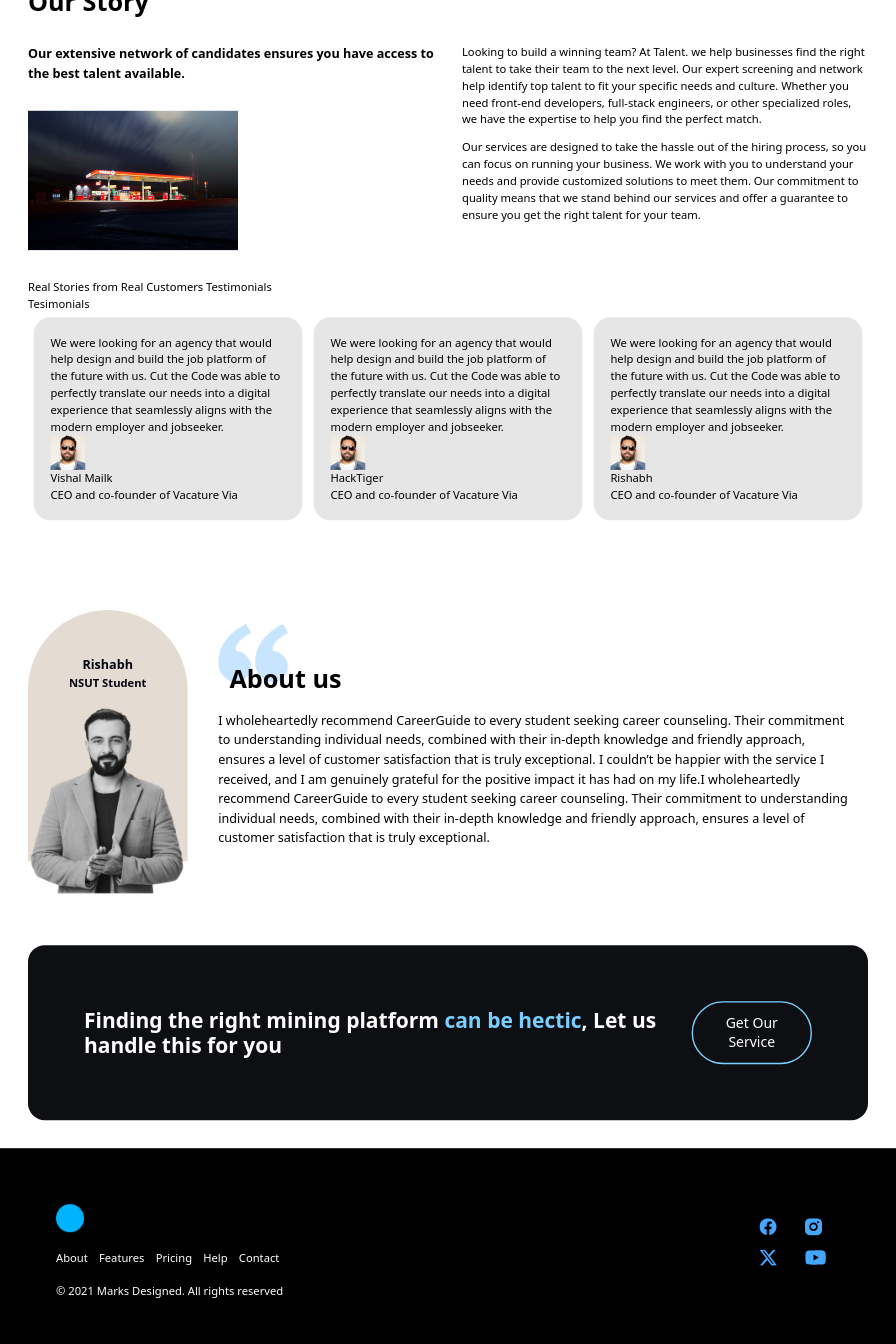
Repository: ayushtenguria/uniteksol
Page: /
The author's editor kept a copy of each file at every save. The page is drawn from the files as they stood at one save, then again after a run of saves.
The browser window is 1280 px wide. The pictures show the part of the page from y = 1026 to 2946 px (the page is 2946 px tall before and 2898 px after), at 70% of full size.
The project was rebuilt for these pictures with package versions that can differ from the ones it lists, and the page was loaded fresh each time. The framework's server and built-in components were replaced by stand-ins that run in the browser. Also part of the build but not shown: next.config.mjs.

Above is the page before, as saved 2024-02-23 20:55:59.

### pages/index.js
import Image from "next/image";
import { Inter } from "next/font/google";
import Layout from "@/components/Layout";
import Hero from "@/components/Hero";
import CompanyLogos from "@/components/companyLogos";
import Story from "@/components/Story";
import ServiceBanner from "@/components/serviceBanner";
import About from "@/components/About";
import Testimonials from "@/components/Testimonials";

const inter = Inter({ subsets: ["latin"] });

export default function Home() {
  return (
    <Layout>
      <Hero></Hero>
      <CompanyLogos></CompanyLogos>
      <Story></Story>
      <Testimonials></Testimonials>
      <About></About>
      <ServiceBanner></ServiceBanner>
    </Layout>
  );
}

### styles/globals.css
@tailwind base;
@tailwind components;
@tailwind utilities;

/* 79CFFF */

.btn-blue{
  background-color: #79CFFF;
  border-radius: 50px;
  padding: 5px 10px;
  font-weight: 500;
  margin-left: 4px;
}

.btn-black{
  background-color: #333333;
  color: #79CFFF;
  border-radius: 50px;
  padding: 15px 40px;
  font-weight: 500;
}

.btn-blueht{
  background-color: #0E0F13;
  color: #ffffff;
  border-radius: 50px;
  border: 2px solid #79CFFF;
  padding: 15px 40px;
  font-weight: 500;
}

### components/Layout.js
import Footer from "./Footer";
import Nav from "./Nav";

export default function Layout({children}){
    return(
        <div className="">
            <Nav></Nav>
                {children}
            <Footer></Footer>
        </div>
    )
}

### components/Hero.js
import Image from "next/image";
import Card from "./Card";

export default function Hero() {
  return (
    <div className="flex gap-4 m-10 grid-cols-2 justify-between text-fontBlack">
      <div className="w-1/2">
        <div className="my-10">
          <h1 className="text-4xl font-bold mb-6">
            We build your dream house with our passion
          </h1>
          <p className="text-lg font-semibold mb-6">
            Our core goal is to respond to today's{" "}
            <span className="underline">dynamic marked</span> by equipping our
            customers with the digital tools they need to remain competitive,
            build their business, and empower the consumer experience.
          </p>
          <button className="btn-black text-lg">Learn More</button>
        </div>
        <div>
          <div className="flex gap-4">
            <Card bgColor={"landingGray"}>
              <span className="text-lg font-bold pb-2">362</span>
              <br></br>Lorem ipsum dolor amet, consectetur adipiscing elit.
              Faucibus in libero.Lorem ipsum dolor amet,
            </Card>
            <Card bgColor={"landingBlue"}>
              <span className="text-lg font-bold pb-2">178K+</span>
              <br></br>
              Lorem ipsum dolor amet, consectetur adipiscing elit. Faucibus in
              libero.Lorem ipsum dolor amet,
            </Card>
          </div>
          <div>
            <Card bgColor={"landingGray"}>
              <div className="flex">
                <span className="text-lg font-bold pb-2">Title</span>
                <br></br>Lorem ipsum dolor amet, consectetur adipiscing elit.
                Faucibus in libero.Lorem ipsum dolor amet,
                <Image src="/home.png" width={200} height={200}></Image>
              </div>
            </Card>
          </div>
        </div>
      </div>
      <div className="w-1/2">
        <Image
          src="/pump2.jpg"
          width={800}
          height={800}
          alt="Petrol pump image"
        ></Image>
      </div>
    </div>
  );
}

### components/Story.js
import Image from "next/image";

export default function Story() {
  return (
    <div className="m-10 mt-20">
        <div><h2 className="text-4xl font-bold pb-10">Our Story</h2></div>
      <div className="flex gap-10">
        <div className="w-1/2">
          <h4 className="text-lg font-semibold pb-10">
            Our extensive network of candidates ensures you have access to the
            best talent available.
          </h4>
          <Image src="/pump3.jpg" width={300} height={300}></Image>
        </div>
        <div className="w-1/2">
          <p className="mb-4">
            Looking to build a winning team? At Talent. we help businesses find
            the right talent to take their team to the next level. Our expert
            screening and network help identify top talent to fit your specific
            needs and culture. Whether you need front-end developers, full-stack
            engineers, or other specialized roles, we have the expertise to help
            you find the perfect match.
          </p>
          <p>
            Our services are designed to take the hassle out of the hiring
            process, so you can focus on running your business. We work with you
            to understand your needs and provide customized solutions to meet
            them. Our commitment to quality means that we stand behind our
            services and offer a guarantee to ensure you get the right talent
            for your team.
          </p>
        </div>
      </div>
    </div>
  );
}

### components/serviceBanner.js
export default function ServiceBanner(){
    return(
        <div className="bg-landingBlack m-10 text-white p-20 rounded-3xl flex justify-between items-center font-semibold">
            <div className="text-3xl mr-10">
                Finding the right mining platform <span className="text-landingBlue">can be hectic</span>, Let us handle this for you
            </div>
            <div>
                <button className="btn-blueht text-xl">Get Our Service</button>
            </div>
        </div>
    )
}

### components/About.js
import Image from "next/image";

export default function About(){
    return(
        <div className="flex m-10 py-20 gap-6">
            <div className="bg-[#E4DCD3] rounded-t-full">
                <div className="flex justify-center relative top-16">
                    <p className="text-[#00010D] font-semibold"><span className="font-semibold flex justify-center text-lg">Rishabh</span> NSUT Student</p>
                </div>

                <Image src="/Person.png" width={1400} height={1400} className="relative top-20"></Image>
            </div>
            <div className="m-5">
                <Image src='/quote.png' width={100} height={100} className="relative z-0"></Image>
                <h2 className="text-4xl font-bold relative z-30 bottom-6 ml-4">
                    About us
                </h2>
                <p className="text-lg font-medium">
                I wholeheartedly recommend CareerGuide to every student seeking career counseling. Their commitment to understanding individual needs, combined with their in-depth knowledge and friendly approach, ensures a level of customer satisfaction that is truly exceptional. I couldn’t be happier with the service I received, and I am genuinely grateful for the positive impact it has had on my life.I wholeheartedly recommend CareerGuide to every student seeking career counseling. Their commitment to understanding individual needs, combined with their in-depth knowledge and friendly approach, ensures a level of customer satisfaction that is truly exceptional.
                </p>
            </div>
        </div>
    )
}

### components/Testimonials.js
import { TESTIMONIALS } from "@/constants/constants";
import Image from "next/image";
import Card from "./Card";
import SimpleSlider from "./SimpleSlider";
import Slider from "./SimpleSlider";

export default function Testimonials(){
    return(
        <div className="m-10">
            <h1 className="w-1/3">
            Real Stories from Real Customers
Testimonials
            </h1>
            <p>Tesimonials</p>
            <SimpleSlider dots={false} noOfSlides={3}  >
                {TESTIMONIALS.map((t)=>(
                <Card>
                    <div className="p-2">
                    <div>
                        {t.description}
                    </div>
                    <div>
                        <Image src={t.src} width={50} height={50}></Image>
                        <div>
                            <h3>{t.name}</h3>
                            <p>{t.designation}</p>
                        </div>
                    </div>
                    </div>
                </Card>
            ))}
            </SimpleSlider>

        </div>
    )
}

### components/Footer.js
import { FOOTER_LINKS } from "@/constants/constants";
import Image from "next/image";
import Link from "next/link";
import Socials from "./Socials";

export default function Footer() {
  return (
    <div className="w-screen h-full bg-black text-white flex justify-between p-20 pb-16">
      <div>
        <Image
          src="/blue-dot.png"
          width={40}
          height={40}
          alt="logo of company"
        ></Image>
        <div className="flex gap-4 my-6">
          {FOOTER_LINKS.map((item) => (
            <Link href={item.href}>{item.label}</Link>
          ))}
        </div>
      <div>© 2021 Marks Designed. All rights reserved</div>
      </div>
      <div>
        <Socials></Socials>
      </div>
    </div>
  );
}

### components/Nav.js
import { NAV_LINKS } from "@/constants/constants";
import Image from "next/image";
import Link from "next/link";

export default function Nav() {
  return (
    <div className="flex justify-between m-10">
      <div>
        <Image
          src="/blue-dot.png"
          width={40}
          height={40}
          alt="logo of company"
        ></Image>
      </div>
      <div className="hidden h-full lg:flex">
        {NAV_LINKS.map((item) => (
          <Link href={item.href} key={item.key} className="p-4">
            {item.label}
          </Link>
        ))}
        <button className="btn-blue">Book an Appointment!</button>
      </div>

      <div className="inline-block cursor-pointer lg:hidden">
        <svg
          xmlns="http://www.w3.org/2000/svg"
          fill="none"
          viewBox="0 0 24 24"
          stroke-width="1.5"
          stroke="currentColor"
          class="w-8 h-8"
        >
          <path
            stroke-linecap="round"
            stroke-linejoin="round"
            d="M3.75 6.75h16.5M3.75 12h16.5m-16.5 5.25h16.5"
          />
        </svg>
      </div>
    </div>
  );
}

### components/Card.js
export default function Card({title,bgColor,children,textColor}){
    const bgColorClass = bgColor ? `bg-${bgColor}` : "bg-black";
    const textColorClass = textColor ? `text-${textColor}` : "text-black";
    return(
        // <div className={bgColorClass+" rounded-lg border-2 border-black p-4 my-2" + textColorClass}>
        <div className={`bg-landingGray rounded-3xl p-4 m-2`}>
            {children}
        </div>
    )
}

### constants/constants.js
export const NAV_LINKS = [
    { href: '/solution', key: 'solution', label: 'Our Solution' },
    { href: '/nocode', key: 'no_code', label: 'No-Code' },
    { href: '/projects', key: 'projects', label: 'Projects' },
    { href: '/about', key: 'about', label: 'About us' },
    { href: '/contact', key: 'contact', label: 'Contact' }
];

export const FOOTER_LINKS = [
    { href: '/about', key: 'about', label: 'About' },
    { href: '/features', key: 'features', label: 'Features' },
    { href: '/pricing', key: 'pricing', label: 'Pricing' },
    { href: '/help', key: 'help', label: 'Help' },
    { href: '/contact', key: 'contact', label: 'Contact' }
];

export const TESTIMONIALS = [
    { src:'/testi1.png',name: 'Nadir Mea', designation:'CEO and co-founder of Vacature Via', key: 'about', description: 'We were looking for an agency that would help design and build the job platform of the future with us. Cut the Code was able to perfectly translate our needs into a digital experience that seamlessly aligns with the modern employer and jobseeker.' },
    { src:'/testi1.png',name: 'Vishal Mailk', designation:'CEO and co-founder of Vacature Via', key: 'about', description: 'We were looking for an agency that would help design and build the job platform of the future with us. Cut the Code was able to perfectly translate our needs into a digital experience that seamlessly aligns with the modern employer and jobseeker.' },
    { src:'/testi1.png',name: 'HackTiger', designation:'CEO and co-founder of Vacature Via', key: 'about', description: 'We were looking for an agency that would help design and build the job platform of the future with us. Cut the Code was able to perfectly translate our needs into a digital experience that seamlessly aligns with the modern employer and jobseeker.' },
    { src:'/testi1.png',name: 'Rishabh', designation:'CEO and co-founder of Vacature Via', key: 'about', description: 'We were looking for an agency that would help design and build the job platform of the future with us. Cut the Code was able to perfectly translate our needs into a digital experience that seamlessly aligns with the modern employer and jobseeker.' },
    { src:'/testi1.png',name: 'Nadir Mea', designation:'CEO and co-founder of Vacature Via', key: 'about', description: 'We were looking for an agency that would help design and build the job platform of the future with us. Cut the Code was able to perfectly translate our needs into a digital experience that seamlessly aligns with the modern employer and jobseeker.' },
    { src:'/testi1.png',name: 'Nadir Mea', designation:'CEO and co-founder of Vacature Via', key: 'about', description: 'We were looking for an agency that would help design and build the job platform of the future with us. Cut the Code was able to perfectly translate our needs into a digital experience that seamlessly aligns with the modern employer and jobseeker.' },
    { src:'/testi1.png',name: 'Nadir Mea', designation:'CEO and co-founder of Vacature Via', key: 'about', description: 'We were looking for an agency that would help design and build the job platform of the future with us. Cut the Code was able to perfectly translate our needs into a digital experience that seamlessly aligns with the modern employer and jobseeker.' },
]

### components/SimpleSlider.js
import "slick-carousel/slick/slick.css";
import "slick-carousel/slick/slick-theme.css";

import React from "react";
import Slider from "react-slick";

export default function SimpleSlider({children,dots,noOfSlides}) {
    var settings = {
      dots: dots,
      infinite: true,
      speed: 500,
      slidesToShow: noOfSlides,
      slidesToScroll: 1,
      initialSlide: 0,
      arrows:false,
      autoplay: true,
      speed: 3000,
      autoplaySpeed: 3000,
      draggable:true,
      swipe:true,
      responsive: [
        {
          breakpoint: 1024,
          settings: {
            slidesToShow: 2,
            slidesToScroll: 1,
            infinite: true,
            dots: true
          }
        },
        {
          breakpoint: 600,
          settings: {
            slidesToShow: 1,
            slidesToScroll: 1,
            initialSlide: 1
          }
        },
        {
          breakpoint: 480,
          settings: {
            slidesToShow: 1,
            slidesToScroll: 1
          }
        }
      ]
    };
    return (
      <div className="slider-container">
        <Slider {...settings}>
        {children}
        </Slider>
      </div>
    );
  }

### components/Socials.js
export default function Socials() {
  return (
    <div>
      <div className="flex gap-10 m-5">
        <svg
          width="25"
          height="25"
          viewBox="0 0 25 25"
          fill="none"
          xmlns="http://www.w3.org/2000/svg"
        >
          <path
            d="M12.1528 0C5.4408 0 0 5.4408 0 12.1528C0 18.2182 4.44427 23.2458 10.2545 24.1585V15.6649H7.16771V12.1528H10.2545V9.47552C10.2545 6.43004 12.0677 4.74809 14.8446 4.74809C16.1741 4.74809 17.5644 4.98507 17.5644 4.98507V7.97465H16.0332C14.5226 7.97465 14.0523 8.91163 14.0523 9.87292V12.1528H17.4222L16.8839 15.6649H14.0523V24.1585C19.8613 23.2471 24.3056 18.217 24.3056 12.1528C24.3056 5.4408 18.8648 0 12.1528 0Z"
            fill="#45A6FF"
          />
        </svg>
        <svg
          width="25"
          height="25"
          viewBox="0 0 25 25"
          fill="none"
          xmlns="http://www.w3.org/2000/svg"
        >
          <path
            d="M12.1528 0C15.4547 0 15.8667 0.0121527 17.1622 0.0729166C18.4564 0.133681 19.3375 0.336632 20.1128 0.638021C20.9149 0.946702 21.5906 1.36476 22.2663 2.03924C22.8843 2.64675 23.3624 3.38162 23.6675 4.19271C23.9677 4.96684 24.1719 5.84913 24.2326 7.1434C24.2898 8.43889 24.3056 8.85087 24.3056 12.1528C24.3056 15.4547 24.2934 15.8667 24.2326 17.1622C24.1719 18.4564 23.9677 19.3375 23.6675 20.1128C23.3633 20.9244 22.885 21.6594 22.2663 22.2663C21.6586 22.8841 20.9238 23.3622 20.1128 23.6675C19.3387 23.9677 18.4564 24.1719 17.1622 24.2326C15.8667 24.2898 15.4547 24.3056 12.1528 24.3056C8.85087 24.3056 8.43889 24.2934 7.1434 24.2326C5.84913 24.1719 4.96806 23.9677 4.19271 23.6675C3.3813 23.3631 2.6463 22.8848 2.03924 22.2663C1.42115 21.6589 0.942972 20.924 0.638021 20.1128C0.336632 19.3387 0.133681 18.4564 0.0729166 17.1622C0.0157985 15.8667 0 15.4547 0 12.1528C0 8.85087 0.0121527 8.43889 0.0729166 7.1434C0.133681 5.84792 0.336632 4.96806 0.638021 4.19271C0.942127 3.38112 1.42042 2.64605 2.03924 2.03924C2.64648 1.42094 3.38142 0.942727 4.19271 0.638021C4.96806 0.336632 5.84792 0.133681 7.1434 0.0729166C8.43889 0.0157985 8.85087 0 12.1528 0ZM12.1528 6.07639C10.5412 6.07639 8.99567 6.71658 7.85612 7.85612C6.71658 8.99567 6.07639 10.5412 6.07639 12.1528C6.07639 13.7643 6.71658 15.3099 7.85612 16.4494C8.99567 17.589 10.5412 18.2292 12.1528 18.2292C13.7643 18.2292 15.3099 17.589 16.4494 16.4494C17.589 15.3099 18.2292 13.7643 18.2292 12.1528C18.2292 10.5412 17.589 8.99567 16.4494 7.85612C15.3099 6.71658 13.7643 6.07639 12.1528 6.07639ZM20.0521 5.77257C20.0521 5.36968 19.892 4.98329 19.6072 4.69841C19.3223 4.41352 18.9359 4.25347 18.533 4.25347C18.1301 4.25347 17.7437 4.41352 17.4588 4.69841C17.1739 4.98329 17.0139 5.36968 17.0139 5.77257C17.0139 6.17546 17.1739 6.56185 17.4588 6.84673C17.7437 7.13162 18.1301 7.29167 18.533 7.29167C18.9359 7.29167 19.3223 7.13162 19.6072 6.84673C19.892 6.56185 20.0521 6.17546 20.0521 5.77257ZM12.1528 8.50695C13.1197 8.50695 14.047 8.89106 14.7308 9.57479C15.4145 10.2585 15.7986 11.1858 15.7986 12.1528C15.7986 13.1197 15.4145 14.047 14.7308 14.7308C14.047 15.4145 13.1197 15.7986 12.1528 15.7986C11.1858 15.7986 10.2585 15.4145 9.57479 14.7308C8.89106 14.047 8.50695 13.1197 8.50695 12.1528C8.50695 11.1858 8.89106 10.2585 9.57479 9.57479C10.2585 8.89106 11.1858 8.50695 12.1528 8.50695Z"
            fill="#45A6FF"
          />
        </svg>
      </div>
      <div className="flex gap-10 m-5">
        <svg
          width="25"
          height="23"
          viewBox="0 0 25 23"
          fill="none"
          xmlns="http://www.w3.org/2000/svg"
        >
          <path
            d="M19.5234 0H23.3259L15.0207 9.5169L24.7917 22.4674H17.1419L11.1501 14.6116L4.29361 22.4674H0.489635L9.3728 12.2874L0 0H7.84501L13.2604 7.17874L19.5234 0ZM18.1909 20.1866H20.2982L6.6984 2.16152H4.43926L18.1909 20.1866Z"
            fill="#45A6FF"
          />
        </svg>
        <svg
          width="30"
          height="22"
          viewBox="0 0 30 22"
          fill="none"
          xmlns="http://www.w3.org/2000/svg"
        >
          <path
            d="M12.2356 15.5277L19.8044 11.1527L12.2356 6.77767V15.5277ZM29.094 4.10892C29.2836 4.79434 29.4148 5.71309 29.5023 6.87975C29.6044 8.04642 29.6481 9.05267 29.6481 9.92767L29.7356 11.1527C29.7356 14.3464 29.5023 16.6943 29.094 18.1964C28.7294 19.5089 27.8836 20.3548 26.5711 20.7193C25.8856 20.9089 24.6315 21.0402 22.7065 21.1277C20.8106 21.2298 19.0752 21.2735 17.4711 21.2735L15.1523 21.361C9.04189 21.361 5.23564 21.1277 3.73355 20.7193C2.42105 20.3548 1.57522 19.5089 1.21064 18.1964C1.02105 17.511 0.889803 16.5923 0.802303 15.4256C0.70022 14.2589 0.65647 13.2527 0.65647 12.3777L0.56897 11.1527C0.56897 7.95892 0.802303 5.611 1.21064 4.10892C1.57522 2.79642 2.42105 1.95059 3.73355 1.586C4.41897 1.39642 5.67314 1.26517 7.59814 1.17767C9.49397 1.07559 11.2294 1.03184 12.8336 1.03184L15.1523 0.944336C21.2627 0.944336 25.069 1.17767 26.5711 1.586C27.8836 1.95059 28.7294 2.79642 29.094 4.10892Z"
            fill="#45A6FF"
          />
        </svg>
      </div>
    </div>
  );
}

Loaded but not shown: pages/_app.js (common file); pages/_document.js (common file); components/companyLogos.js (library); tailwind.config.js (common file)

After the next 3 saves:
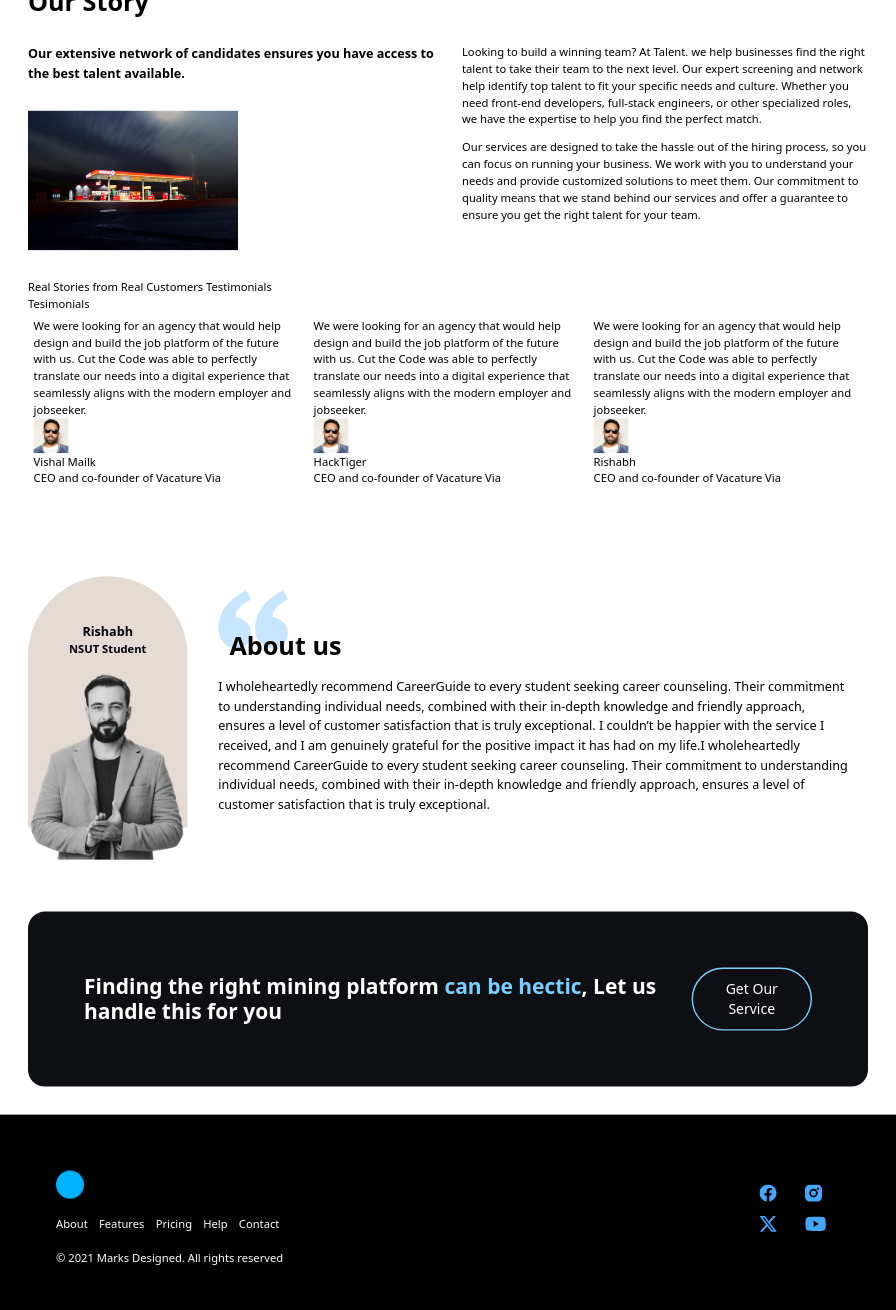
The 3 saves are shown as one change because 1 did not build or start and some came seconds apart.
The last was saved 116 s later.
--- a/components/Testimonials.js
+++ b/components/Testimonials.js
@@ -14,7 +14,7 @@
             <p>Tesimonials</p>
             <SimpleSlider dots={false} noOfSlides={3}  >
                 {TESTIMONIALS.map((t)=>(
-                <Card>
+                <div className="">
                     <div className="p-2">
                     <div>
                         {t.description}
@@ -27,7 +27,7 @@
                         </div>
                     </div>
                     </div>
-                </Card>
+                </div>
             ))}
             </SimpleSlider>
 
